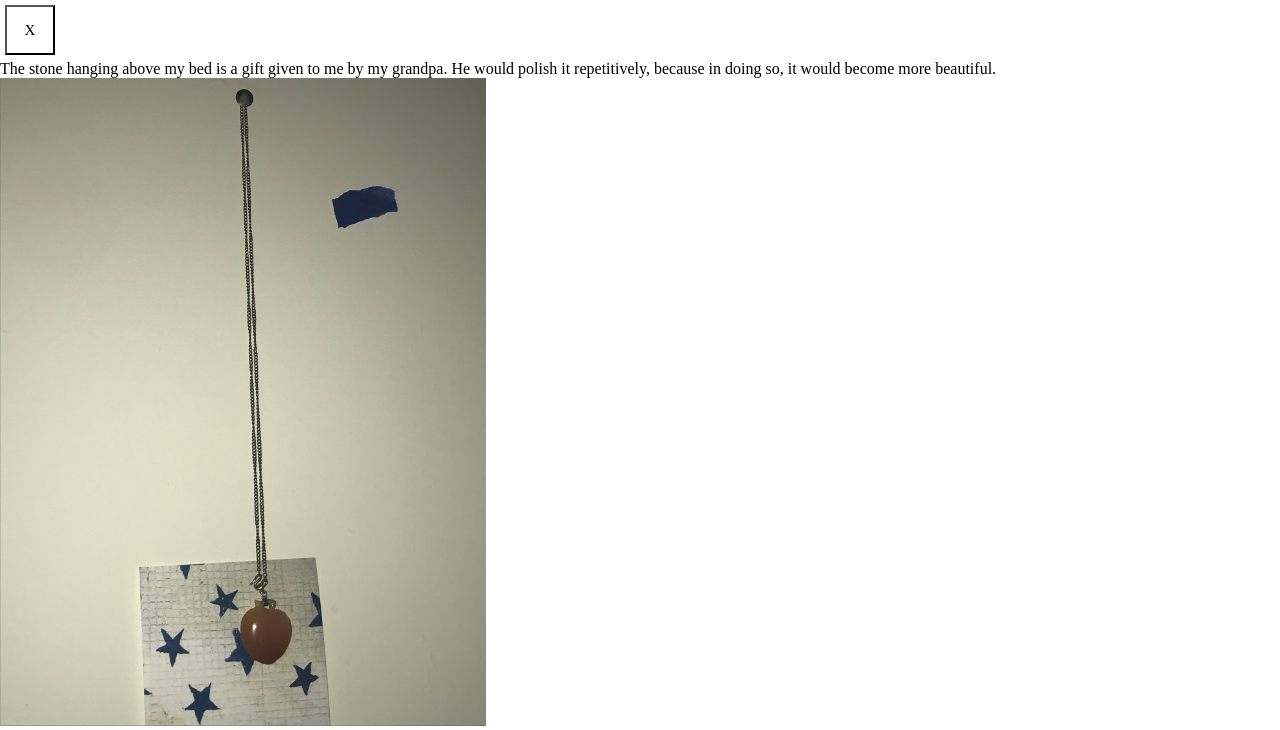
Repository: xuc009/assignment-4
Page: what.html
These files come from the project's save history. The page is drawn as it stood at one moment and after the next save; the edit follows.
The browser window is 1280 px wide. The pictures show the whole page.

Above is the page before, as saved 2019-12-11 16:21:15.
Console error: TypeError: Cannot read properties of null (reading 'addEventListener')

After the next save:
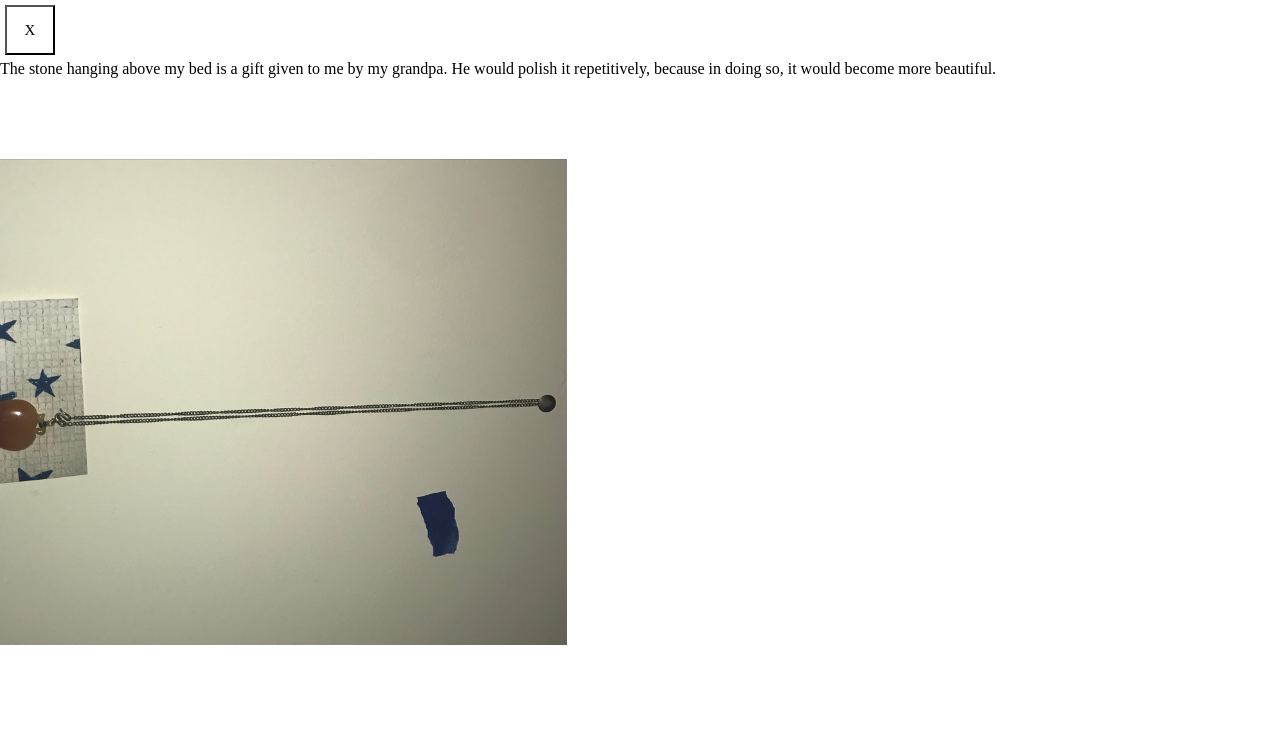
Saved 10 s later.
--- a/assets/style.css
+++ b/assets/style.css
@@ -34,6 +34,7 @@
 
 img{
 	height: 90vh;
+	transform: rotate(90deg);
 	}
 
 #description{
